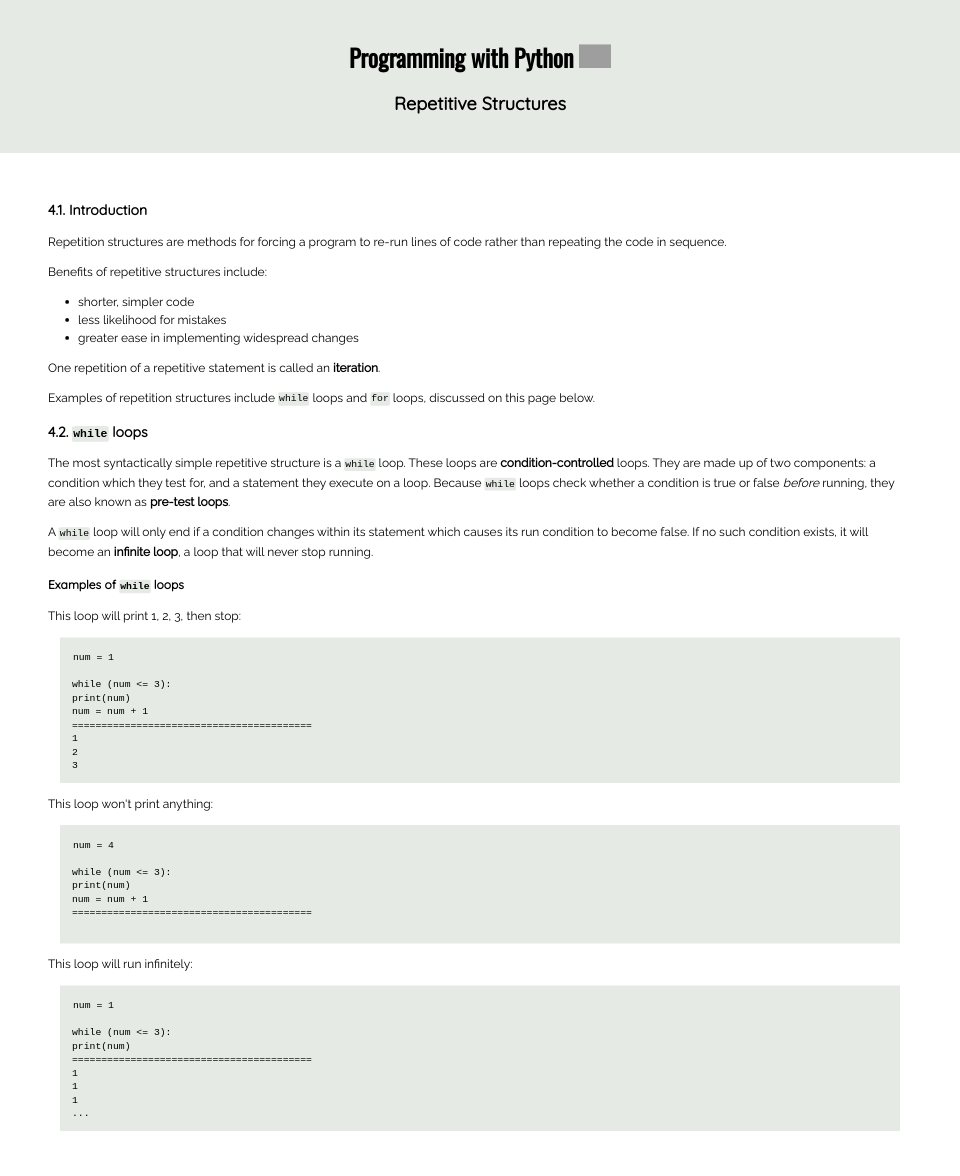
Repository: emnharris/FreeCodeCampChallenges
Page: responsive-web-design/technical-documentation-page/python-tutorial.html
These files come from the project's save history. The page is drawn as it stood at one moment and after the next save; the edit follows.
The browser window is 1280 px wide. The pictures show the whole page, at 75% of full size.
Pictures or frames that could not be fetched are drawn as grey boxes.

Above is the page before, as saved 2020-04-16 16:13:59.

### responsive-web-design/technical-documentation-page/python-tutorial.html
<!DOCTYPE html>
<html>
    <head>
        <!--Import fonts-->
        <link href="https://fonts.googleapis.com/css2?family=Oswald&family=Quicksand&family=Raleway&display=swap" rel="stylesheet">

        <!--Import stylesheet-->
        <link rel="stylesheet" type="text/css" href="python-tutorial.css">
    </head>

    <body>
        <title>
            Programming with Python: Repetition Structures
        </title>
        <navbar>

        </navbar>
        <header>
            <h1>Programming with Python
            <img src="https://www.stickpng.com/assets/images/5848152fcef1014c0b5e4967.png" alt="python logo" id="logo"></h1>
            <h2>Repetitive Structures</h2>

        </header>
        <main>
            <section id="intro">
                <h3>4.1. Introduction </h3>
                <p>Repetition structures are methods for forcing a program to re-run lines of code rather than repeating the code in sequence.</p>

                <p>Benefits of repetitive structures include:</p>
                <ul>
                    <li>shorter, simpler code</li>
                    <li>less likelihood for mistakes</li>
                    <li>greater ease in implementing widespread changes</li>
                </ul>

                <p>One repetition of a repetitive statement is called an <b>iteration</b>.</p>

                <p>Examples of repetition structures include <code>while</code> loops and <code>for</code> loops, discussed on this page below.</p>
            </section>
            <section id="4.2">
                <h3>4.2. <code>while</code> loops</h3>
                <p>The most syntactically simple repetitive structure is a <code>while</code> loop. These loops are <b>condition-controlled</b> loops. They are made up of two components: a condition which they test for, and a statement they execute on a loop. Because <code>while</code> loops check whether a condition is true or false <i>before</i> running, they are also known as <b>pre-test loops</b>.</p>

                <p>A <code>while</code> loop will only end if a condition changes within its statement which causes its run condition to become false. If no such condition exists, it will become an <b>infinite loop</b>, a loop that will never stop running.</p>

                <h4>Examples of <code>while</code> loops</h4>

                <p>This loop will print 1, 2, 3, then stop:</p>
                <div id="code-block">
                    <code>
                        num = 1
                        <br>
                        <br>while (num <= 3):
                        <br>    print(num)
                        <br>    num = num + 1
                        <br>=========================================
                        <br>1
                        <br>2
                        <br>3
                    </code>
                </div>

                <p>This loop won't print anything:</p>
                <div id="code-block">
                    <code>
                        num = 4
                        <br>
                        <br>while (num <= 3):
                        <br>    print(num)
                        <br>    num = num + 1
                        <br>=========================================
                        <br>
                        <br>
                    </code>
                </div>
                <p>This loop will run infinitely:</p>
                <div id="code-block">
                    <code>
                        num = 1
                        <br>
                        <br>while (num <= 3):
                        <br>    print(num)
                        <br>=========================================
                        <br>1
                        <br>1
                        <br>1
                        <br>...
                    </code>
                </div>
            </section>
        </main>
    </body>
</html>

### responsive-web-design/technical-documentation-page/python-tutorial.css
code {
    background-color: rgb(229, 234, 229);
    padding: .1em;
    border-radius: 10%;
}
#code-block {
    background-color: rgb(229, 234, 229);
    padding: 1em;
    width: auto;
    margin: 1em;
}
body {
    margin: 0px;
}
main {
    margin: 5%;
}
h1 {
    font-family: 'Oswald', sans-serif;
    text-align: center;
}
h2 {
    font-family: 'Quicksand', sans-serif;
    text-align: center;
}
h3, h4 {
    font-family: 'Quicksand', sans-serif;
}
p, li {
    font-family: 'Raleway', sans-serif;
    line-height: 1.5em;
}
/* navbar styling */
#navbar {
    background-color: rgb(60, 108, 140);
    display: grid;
    grid-template-columns: 1fr 1fr 1fr;
    align-items: center;
    text-align: center;
}

/* header styling */
header {
    background-color: rgb(229, 234, 229);
    padding: 2em;
}
#logo {
    height: 1em;
    width: auto;
}

After the next save:
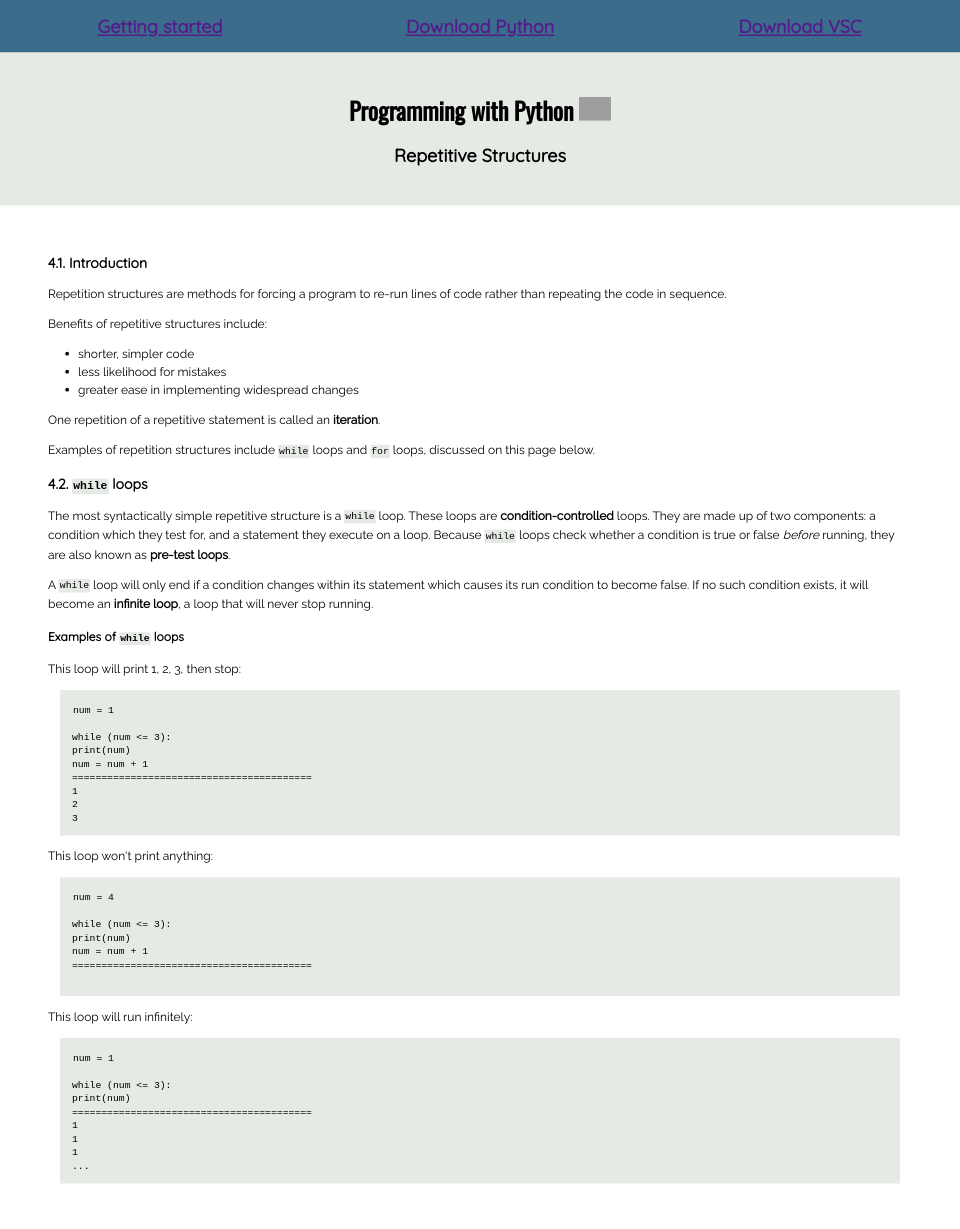
Saved 14 s later.
--- a/responsive-web-design/technical-documentation-page/python-tutorial.html
+++ b/responsive-web-design/technical-documentation-page/python-tutorial.html
@@ -12,8 +12,10 @@
         <title>
             Programming with Python: Repetition Structures
         </title>
-        <navbar>
-
+        <navbar id="navbar">
+            <h2><a href="">Getting started</a></h2>
+            <h2><a href="">Download Python</a></h2>
+            <h2><a href="">Download VSC</a></h2>
         </navbar>
         <header>
             <h1>Programming with Python
